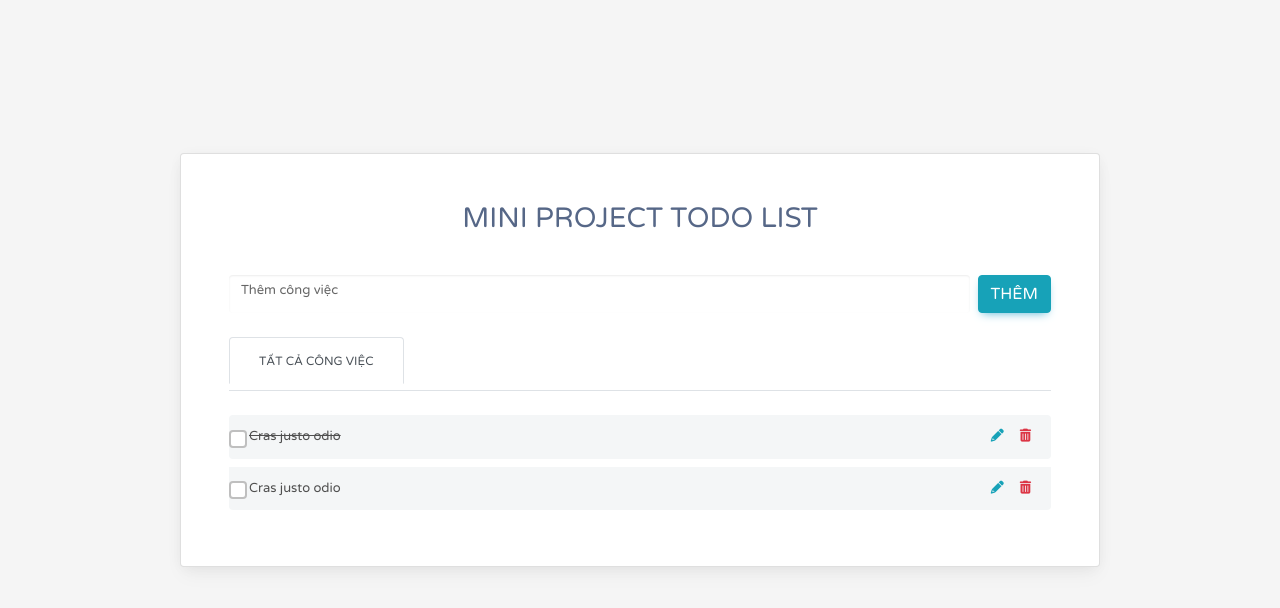
Repository: TinhTT336/MD02_Session06
Page: /
These files come from the project's save history. The page is drawn as it stood at one moment and after the next save; the edit follows.
The browser window is 1280 px wide. The pictures show the whole page.
Some web libraries are served in a nearby version. The project was rebuilt for these pictures with package versions that can differ from the ones it lists, and the page was loaded fresh each time. Also part of the build but not shown: vite.config.js, src/App.css, src/mini_project/TodoList.jsx, src/base/Input.jsx, src/base/Radio.jsx, src/base/Checkbox.jsx, src/Homework/AddModal.jsx, src/Homework/Table.jsx and 3 more.

Above is the page before, as saved 2023-09-02 18:39:34.

### index.html
<!doctype html>
<html lang="en">

<head>
  <meta charset="UTF-8" />
  <link rel="icon" type="image/svg+xml" href="/vite.svg" />
  <meta name="viewport" content="width=device-width, initial-scale=1.0" />
  <title>Vite + React</title>
  <link href="https://cdnjs.cloudflare.com/ajax/libs/font-awesome/6.0.0/css/all.min.css" rel="stylesheet" />
  <link href="https://fonts.googleapis.com/css?family=Roboto:300,400,500,700&display=swap" rel="stylesheet" />
  <link href="https://cdnjs.cloudflare.com/ajax/libs/mdb-ui-kit/6.2.0/mdb.min.css" rel="stylesheet" />
  <link rel="stylesheet" href="https://fonts.googleapis.com/css?family=Roboto|Varela+Round">
  <link rel="stylesheet" href="https://stackpath.bootstrapcdn.com/bootstrap/4.5.0/css/bootstrap.min.css">
  <link rel="stylesheet" href="https://fonts.googleapis.com/icon?family=Material+Icons">
  <link rel="stylesheet" href="https://maxcdn.bootstrapcdn.com/font-awesome/4.7.0/css/font-awesome.min.css">
  <link rel="stylesheet" href="./public/css/index.css">

</head>

<body>
  <div id="root"></div>
  <script type="module" src="/src/main.jsx"></script>
</body>

</html>

### public/css/index.css
body {
	color: #566787;
	background: #f5f5f5;
	font-family: 'Varela Round', sans-serif;
	font-size: 13px;
}

.table-responsive {
	margin: 30px 0;
}

.table-wrapper {
	background: #fff;
	padding: 20px 25px;
	border-radius: 3px;
	min-width: 1000px;
	box-shadow: 0 1px 1px rgba(0, 0, 0, .05);
}

.table-title {
	padding-bottom: 15px;
	background: #435d7d;
	color: #fff;
	padding: 16px 30px;
	min-width: 100%;
	margin: -20px -25px 10px;
	border-radius: 3px 3px 0 0;
}

.table-title h2 {
	margin: 5px 0 0;
	font-size: 24px;
}

.table-title .btn-group {
	float: right;
}

.table-title .btn {
	color: #fff;
	float: right;
	font-size: 13px;
	border: none;
	min-width: 50px;
	border-radius: 2px;
	border: none;
	outline: none !important;
	margin-left: 10px;
}

.table-title .btn i {
	float: left;
	font-size: 21px;
	margin-right: 5px;
}

.table-title .btn span {
	float: left;
	margin-top: 2px;
}

table.table tr th,
table.table tr td {
	border-color: #e9e9e9;
	padding: 12px 15px;
	vertical-align: middle;
}

table.table tr th:first-child {
	width: 60px;
}

table.table tr th:last-child {
	width: 100px;
}

table.table-striped tbody tr:nth-of-type(odd) {
	background-color: #fcfcfc;
}

table.table-striped.table-hover tbody tr:hover {
	background: #f5f5f5;
}

table.table th i {
	font-size: 13px;
	margin: 0 5px;
	cursor: pointer;
}

table.table td:last-child i {
	opacity: 0.9;
	font-size: 22px;
	margin: 0 5px;
}

table.table td a {
	font-weight: bold;
	color: #566787;
	display: inline-block;
	text-decoration: none;
	outline: none !important;
}

table.table td a:hover {
	color: #2196F3;
}

table.table td a.edit {
	color: #FFC107;
}

table.table td a.delete {
	color: #F44336;
}

table.table td i {
	font-size: 19px;
}

table.table .avatar {
	border-radius: 50%;
	vertical-align: middle;
	margin-right: 10px;
}

.pagination {
	float: right;
	margin: 0 0 5px;
}

.pagination li a {
	border: none;
	font-size: 13px;
	min-width: 30px;
	min-height: 30px;
	color: #999;
	margin: 0 2px;
	line-height: 30px;
	border-radius: 2px !important;
	text-align: center;
	padding: 0 6px;
}

.pagination li a:hover {
	color: #666;
}

.pagination li.active a,
.pagination li.active a.page-link {
	background: #03A9F4;
}

.pagination li.active a:hover {
	background: #0397d6;
}

.pagination li.disabled i {
	color: #ccc;
}

.pagination li i {
	font-size: 16px;
	padding-top: 6px
}

.hint-text {
	float: left;
	margin-top: 10px;
	font-size: 13px;
}

/* Custom checkbox */
.custom-checkbox {
	position: relative;
}

.custom-checkbox input[type="checkbox"] {
	opacity: 0;
	position: absolute;
	margin: 5px 0 0 3px;
	z-index: 9;
}

.custom-checkbox label:before {
	width: 18px;
	height: 18px;
}

.custom-checkbox label:before {
	content: '';
	margin-right: 10px;
	display: inline-block;
	vertical-align: text-top;
	background: white;
	border: 1px solid #bbb;
	border-radius: 2px;
	box-sizing: border-box;
	z-index: 2;
}

.custom-checkbox input[type="checkbox"]:checked+label:after {
	content: '';
	position: absolute;
	left: 6px;
	top: 3px;
	width: 6px;
	height: 11px;
	border: solid #000;
	border-width: 0 3px 3px 0;
	transform: inherit;
	z-index: 3;
	transform: rotateZ(45deg);
}

.custom-checkbox input[type="checkbox"]:checked+label:before {
	border-color: #03A9F4;
	background: #03A9F4;
}

.custom-checkbox input[type="checkbox"]:checked+label:after {
	border-color: #fff;
}

.custom-checkbox input[type="checkbox"]:disabled+label:before {
	color: #b8b8b8;
	cursor: auto;
	box-shadow: none;
	background: #ddd;
}

/* Modal styles */
.modal .modal-dialog {
	max-width: 400px;
}

.modal .modal-header,
.modal .modal-body,
.modal .modal-footer {
	padding: 20px 30px;
}

.modal .modal-content {
	border-radius: 3px;
	font-size: 14px;
}

.modal .modal-footer {
	background: #ecf0f1;
	border-radius: 0 0 3px 3px;
}

.modal .modal-title {
	display: inline-block;
}

.modal .form-control {
	border-radius: 2px;
	box-shadow: none;
	border-color: #dddddd;
}

.modal textarea.form-control {
	resize: vertical;
}

.modal .btn {
	border-radius: 2px;
	min-width: 100px;
}

.modal form label {
	font-weight: normal;
}

### src/App.jsx
import { useState } from "react";
import reactLogo from "./assets/react.svg";
import viteLogo from "/vite.svg";
import "./App.css";
import TodoList from "./mini_project/TodoList";
import Todo from "./mini_project/Todo";
import Input from "./base/Input";
import Radio from "./base/Radio";
import Checkbox from "./base/Checkbox";
import Index from "./Homework/Index";

function App() {
  const [count, setCount] = useState(0);

  return (
    <>
      {/* <TodoList /> */}
      <Todo />
      {/* <Input /> */}
      {/* <Radio /> */}
      {/* <Checkbox /> */}
      {/* <Index /> */}
    </>
  );
}

export default App;

### src/mini_project/Todo.jsx
import React, { useState } from 'react'

export default function Todo() {
    const [input, setInput] = useState("");
    const [todos, setTodos] = useState(() => {
        const todosLocal = JSON.parse(localStorage.getItem("todos")) || [];
        return todosLocal;
    });
    const handleSubmit = (e) => {
        e.preventDefault();
        const newTodo = {
            id: Date.now(),
            title: input,
            status: false,
        }
        setTodos(...todos, newTodo);
        localStorage.setItem("todos", JSON.stringify(todos));
        setInput("");
    }


    return (
        <div>
            <section className="vh-100 gradient-custom">
                <div className="container py-5 h-100">
                    <div
                        className="row d-flex justify-content-center align-items-center
              h-100"
                    >
                        <div className="col col-xl-10">
                            <div className="card">
                                <div className="card-body p-5">
                                    <h3 style={{ textAlign: "center", marginBottom: 40 }}>
                                        MINI PROJECT TODO LIST
                                    </h3>
                                    <form onSubmit={() => handleSubmit(e)}
                                        className="d-flex justify-content-center
                              align-items-center mb-4"
                                    >
                                        <div className="form-outline flex-fill">
                                            <input type="text" id="form2" className="form-control" value={input} onChange={() => setInput(e.target.value)} />
                                            <label className="form-label" htmlFor="form2">
                                                Thêm công việc
                                            </label>
                                        </div>
                                        <button
                                            type="submit"
                                            className="btn btn-info
                                  ms-2"
                                        >
                                            Thêm
                                        </button>
                                    </form>
                                    {/* Tabs navs */}
                                    <ul className="nav nav-tabs mb-4 pb-2" id="ex1" role="tablist">
                                        <li className="nav-item" role="presentation">
                                            <a className="nav-link active">Tất cả công việc</a>
                                        </li>
                                    </ul>
                                    {/* Tabs navs */}
                                    {/* Tabs content */}
                                    <div className="tab-content">
                                        <div className="tab-pane fade show active">
                                            <ul className="list-group mb-0">
                                                <li
                                                    className="list-group-item d-flex
                                          align-items-center border-0 mb-2
                                          rounded justify-content-between"
                                                    style={{ backgroundColor: "#f4f6f7" }}
                                                >
                                                    <div>
                                                        <input
                                                            className="form-check-input
                                                  me-2"
                                                            type="checkbox"
                                                            defaultChecked=""
                                                        />
                                                        <s>Cras justo odio</s>
                                                    </div>
                                                    <div>
                                                        <a href="#!" className="text-info" title="Sửa công việc">
                                                            <i
                                                                className="fas
                                                      fa-pencil-alt
                                                      me-3"
                                                            />
                                                        </a>
                                                        <a
                                                            href="#!"
                                                            className="text-danger"
                                                            title="Xóa công việc"
                                                        >
                                                            <i
                                                                className="fas
                                                      fa-trash-alt"
                                                            />
                                                        </a>
                                                    </div>
                                                </li>
                                                <li
                                                    className="list-group-item d-flex
                                          align-items-center border-0 mb-2
                                          justify-content-between"
                                                    style={{ backgroundColor: "#f4f6f7" }}
                                                >
                                                    <div>
                                                        <input className="form-check-input" type="checkbox" />
                                                        Cras justo odio
                                                    </div>
                                                    <div>
                                                        <a href="#!" className="text-info" title="Sửa công việc">
                                                            <i
                                                                className="fas
                                                      fa-pencil-alt
                                                      me-3"
                                                            />
                                                        </a>
                                                        <a
                                                            href="#!"
                                                            className="text-danger"
                                                            title="Xóa công việc"
                                                        >
                                                            <i
                                                                className="fas
                                                      fa-trash-alt"
                                                            />
                                                        </a>
                                                    </div>
                                                </li>
                                            </ul>
                                        </div>
                                    </div>
                                    {/* Tabs content */}
                                </div>
                            </div>
                        </div>
                    </div>
                </div>
            </section>

        </div>
    )
}

Loaded but not shown: src/main.jsx (common file)

After the next save:
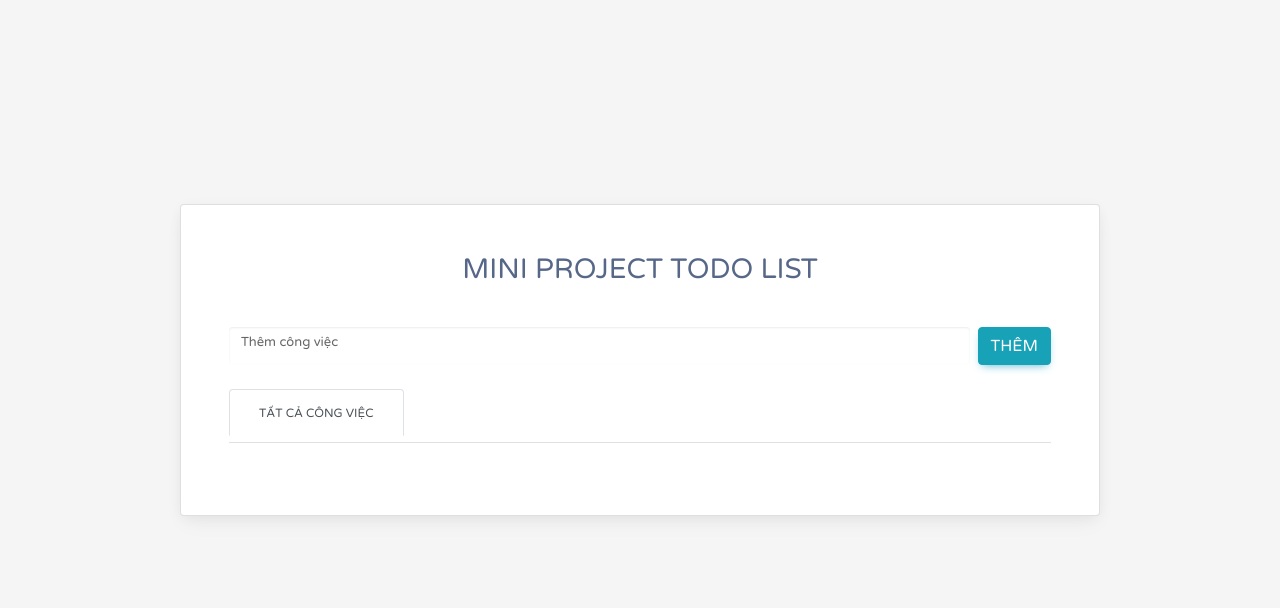
Saved 119 s later.
--- a/src/mini_project/Todo.jsx
+++ b/src/mini_project/Todo.jsx
@@ -17,7 +17,6 @@ export default function Todo() {
         localStorage.setItem("todos", JSON.stringify(todos));
         setInput("");
     }
-
 
     return (
         <div>
@@ -62,71 +61,44 @@ export default function Todo() {
                                     <div className="tab-content">
                                         <div className="tab-pane fade show active">
                                             <ul className="list-group mb-0">
-                                                <li
-                                                    className="list-group-item d-flex
+                                                {todos.map((todo, index) => (
+                                                    <li
+                                                        className="list-group-item d-flex
                                           align-items-center border-0 mb-2
                                           rounded justify-content-between"
-                                                    style={{ backgroundColor: "#f4f6f7" }}
-                                                >
-                                                    <div>
-                                                        <input
-                                                            className="form-check-input
+                                                        style={{ backgroundColor: "#f4f6f7" }}
+                                                    >
+                                                        <div>
+                                                            <input
+                                                                className="form-check-input
                                                   me-2"
-                                                            type="checkbox"
-                                                            defaultChecked=""
-                                                        />
-                                                        <s>Cras justo odio</s>
-                                                    </div>
-                                                    <div>
-                                                        <a href="#!" className="text-info" title="Sửa công việc">
-                                                            <i
-                                                                className="fas
+                                                                type="checkbox"
+                                                                defaultChecked=""
+                                                            />
+                                                            <s>Cras justo odio</s>
+                                                        </div>
+                                                        <div>
+                                                            <a href="#!" className="text-info" title="Sửa công việc">
+                                                                <i
+                                                                    className="fas
                                                       fa-pencil-alt
                                                       me-3"
-                                                            />
-                                                        </a>
-                                                        <a
-                                                            href="#!"
-                                                            className="text-danger"
-                                                            title="Xóa công việc"
-                                                        >
-                                                            <i
-                                                                className="fas
+                                                                />
+                                                            </a>
+                                                            <a
+                                                                href="#!"
+                                                                className="text-danger"
+                                                                title="Xóa công việc"
+                                                            >
+                                                                <i
+                                                                    className="fas
                                                       fa-trash-alt"
-                                                            />
-                                                        </a>
-                                                    </div>
-                                                </li>
-                                                <li
-                                                    className="list-group-item d-flex
-                                          align-items-center border-0 mb-2
-                                          justify-content-between"
-                                                    style={{ backgroundColor: "#f4f6f7" }}
-                                                >
-                                                    <div>
-                                                        <input className="form-check-input" type="checkbox" />
-                                                        Cras justo odio
-                                                    </div>
-                                                    <div>
-                                                        <a href="#!" className="text-info" title="Sửa công việc">
-                                                            <i
-                                                                className="fas
-                                                      fa-pencil-alt
-                                                      me-3"
-                                                            />
-                                                        </a>
-                                                        <a
-                                                            href="#!"
-                                                            className="text-danger"
-                                                            title="Xóa công việc"
-                                                        >
-                                                            <i
-                                                                className="fas
-                                                      fa-trash-alt"
-                                                            />
-                                                        </a>
-                                                    </div>
-                                                </li>
+                                                                />
+                                                            </a>
+                                                        </div>
+                                                    </li>
+                                                ))}
+
                                             </ul>
                                         </div>
                                     </div>
